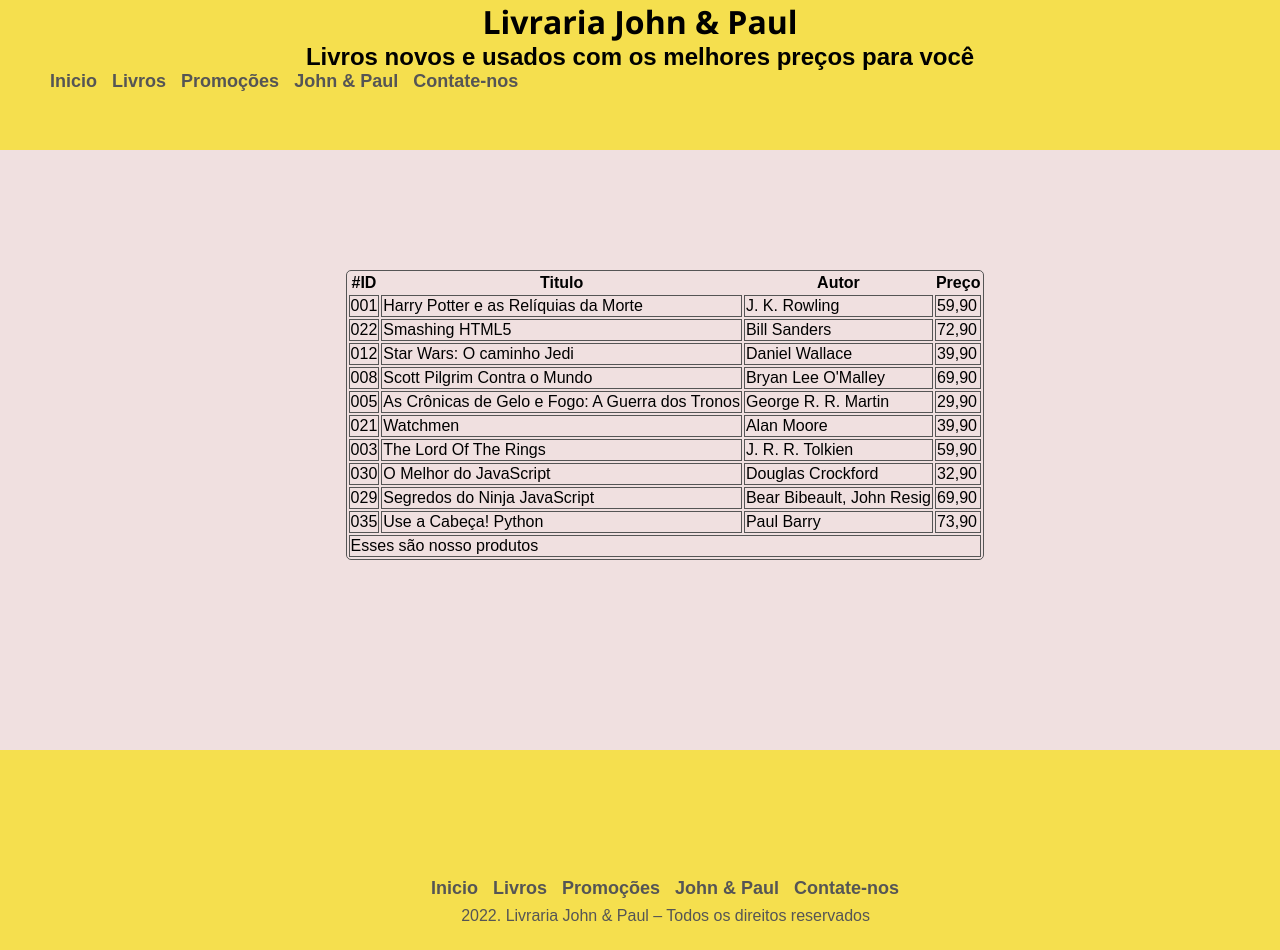
Repository: MarcoantonioCaldeira/Site-livraria-John-e-Paul
Page: produtos.html
The author's editor kept a copy of each file at every save. The page is drawn from the files as they stood at one save, then again after the next save.
The browser window is 1280 px wide. The pictures show the whole page.

Above is the page before, as saved 2022-09-25 23:34:24.

### produtos.html
<!doctype html>
<html dir="ltr" lang="pt-BR">
<head>
   <meta charset="utf-8">
   <meta name="viewport" content="width=device-width, initial-scale=1.0">

   <title>Meu Primeiro Projeto</title>
   <link rel="stylesheet" href="css/estilo.css">
</head>
<body>
<header id="topo">
   <h1 class="center"> Livraria John & Paul</h1>
   <h2 class="center">Livros novos e usados com os melhores preços para você</h2>

<nav id="menu">
   <ul>
      <li><a href="index.html">Inicio</a></li>
      <li><a href="produtos.html">Livros</a></li>
      <li><a href="#">Promoções</a></li>
      <li><a href="sobre.html">John & Paul</a></li>
      <li><a href="contato.html">Contate-nos</a></li>
   </ul>
</nav>
</header>
<section class="produtos">
   <table>
      <thead>
         <tr>
            <th>#ID</th>
            <th>Titulo</th>
            <th>Autor</th>
            <th>Preço</th>
         </tr>
      </thead>
      <tbody>
         <tr>
            <td>001</td>
            <td>Harry Potter e as Relíquias da Morte</td>
            <td>J. K. Rowling</td>
            <td>59,90</td>
         </tr>
         <tr>
            <td>022</td>
            <td>Smashing HTML5</td>
            <td>Bill Sanders</td>
            <td>72,90</td>
         </tr>
         <tr>
            <td>012</td>
            <td>Star Wars: O caminho Jedi</td>
            <td>Daniel Wallace</td>
            <td>39,90</td>
         </tr>
         <tr>
            <td>008</td>
            <td>Scott Pilgrim Contra o Mundo</td>
            <td>Bryan Lee O'Malley</td>
            <td>69,90</td>
         </tr>
         <tr>
            <td>005</td>
            <td>As Crônicas de Gelo e Fogo: A Guerra dos Tronos</td>
            <td>George R. R. Martin</td>
            <td>29,90</td>
         </tr>
         <tr>
            <td>021</td>
            <td>Watchmen</td>
            <td>Alan Moore</td>
            <td>39,90</td>
         </tr>
         <tr>
            <td>003</td>
            <td>The Lord Of The Rings</td>
            <td>J. R. R. Tolkien</td>
            <td>59,90</td>
         </tr>
         <tr>
            <td>030</td>
            <td>O Melhor do JavaScript</td>
            <td>Douglas Crockford</td>
            <td>32,90</td>
         </tr>
         <tr>
            <td>029</td>
            <td>Segredos do Ninja JavaScript</td>
            <td>Bear Bibeault, John Resig</td>
            <td>69,90</td>
         </tr>
         <tr>
            <td>035</td>
            <td>Use a Cabeça! Python</td>
            <td>Paul Barry</td>
            <td>73,90</td>
         </tr>
      </tbody>
      <tfoot>
         <tr>
            <td colspan="4">Esses são nosso produtos</td>
         </tr>
      </tfoot>
   </table>
</section>
<footer id="rodape">
   <ul class="ul_rodape">
      <li><a href="index.html">Inicio</a></li>
      <li><a href="produtos.html">Livros</a></li>
      <li><a href="#">Promoções</a></li>
      <li><a href="sobre.html">John & Paul</a></li>
      <li><a href="contato.html">Contate-nos</a></li>
   </ul>
   <p>2022. Livraria John & Paul – Todos os direitos reservados</p>
</footer>
</body>
</html>

### css/estilo.css
/* Import font from google */
@import url(http://fonts.googleapis.com/css?family=Open+Sans:400,300,700);

*{
   margin: 0;
}


body{
   background-color:  rgb(240, 224, 224);
   font-family: sans-serif;
   margin: 0;
   padding: 0;
}
h1,h3,h4,h5,h6{
   font-family: 'Open Sans', sans-serif;
}

.h2_destaque{
   margin-left: 45%;
   margin-top: 5%;
   color:#555;
   font-family: 'Open Sans', sans-serif;
}

#topo{
   background-color: #f5df4e;
   width: 100%;
   height:150px;
   margin:0 auto;
}

.destaques{
   background-color: rgb(240, 224, 224);
   width: 100%;
   height:1300px;
}

.topnav {
   overflow: hidden;
   margin-left: 27%;
   margin-top: 2%;
   background-color: #f5df4e;
 }

 .topnav a {
   float: left;
   display: block;
   color: #555;
   text-align: center;
   padding: 14px 16px;
   text-decoration: none;
   font-size: 17px;
 }

 .topnav a:hover {
   background-color: #ddd;
   color: black;
 }

 .topnav a.active {
   background-color:  #f5df4e;
   color: #555;
 }

 .topnav .icon {
   display: none;
 }





a{
   font-weight:600;
   text-decoration: none;
   margin-left: 10px;
   font-family: arial;
   color:#555;
}

#menu li{
   display:inline;
}
.destaques li{
   width: 50%;
   float: left;
   text-align: center;
   list-style: none;
   padding: 20px 0;
}

ul{
   font-size: 18px;
}


.ul_rodape{
   margin-top: 10%;
}

.destaques li strong{
   width: 100%;
   display: block;
}
.center{
   text-align: center;
}



button{
   padding: 10px 20px;
   background-color: blue;
   color: #fff;
   border: none;
   -webkit-border-radius: 5px;
   -moz-border-radius: 5px;
   border-radius: 5px;
}
#rodape{
   width: 100%;
   height: 200px;
   background-color:  #f5df4e;
   color: #ccc;
   float: left;
   text-align: center;
}

p{
   color: #555;
   line-height: 34px;
   margin-left: 4%;
}

li {
   display: inline;
}

/*Produtos*/

.produtos{

   height:600px;
}

table{
   position: relative;
   margin-left: 27%;
   top: 20%;
   background-color:rgb(240, 224, 224);
   border-radius: 5px;
   border: 1px solid #555;
}

tr, td{
   border: 1px solid #555;
}


/*Sobre*/


.sobre{
   width: 100%;
   height:1400px;
}

h4
{
   text-align: center;
}

.h1-sobre{
   margin-top: 6%;
   margin-left: 40%;
}

.section-info{
   position: relative;
   margin-left: 24%;
   margin-top: 4%;
   width: 50%;
   height:200px;
}


.h3-valores{
   margin-top: 6%;
   margin-left: 43%;
}

.section-valores{
   position: relative;
   margin-left: 24%;
   margin-top: 4%;
   width: 50%;
   height:200px;
}

.h3-valores-2{
   margin-top: 4%;
   margin-left: 47%;
}

.h3-missao{
   margin-top: 4%;
   margin-left: 47%;
}

.section-missao{
   position: relative;
   margin-left: 24%;
   margin-top: 4%;
   width: 50%;
   height:200px;
}


/*Contato*/

.section-contato{
   background-color:rgb(240, 224, 224);
   width: 100%;
   height: 730px;
}

.formulario{
   height:500px;
}


form fieldset{
   border: none;
}
form legend{
   text-transform: uppercase;
   font-size: 1.2em;
   padding: 0;
   width: 100%;
   border-bottom: 1px solid #555;
}
form label{
   width: 50%;
}

form input:not([type=checkbox]){
   width: 100%;
   padding: 7px;
   border-radius: 2px;
   border: 1px solid;
}

form select{
   width: 50%;
   border-radius: 2px;
   margin-top: 10%;
   padding: 7px;
   border: 1px solid;
}

form textarea{
   width: 100%;
   font-family: arial;
   border-radius: 2px;
   border: 1px solid;
}
form div{
   width: 30%;
   margin: 0 1%;
   margin-top: -18%;
   height: 150px;
}

#news{
   margin-top:6%;
   margin-left: 20px;
}




@media  screen and (max-width: 730px){

   .destaques{
      height:1150px;
   }

   h2.center, h1.center{
      font-size: 19px;
   }

   /*#menu{
      width:80%;
      overflow: hidden;
      background-color:red;
      text-align: center;
      margin-top: 5%;
      margin-left: 7%;
      height:50px;
   }*/


/*Menu responsivo*/

.topnav a:not(:first-child) {display: none;}
  .topnav a.icon {
    float: right;
    display: block;
  }


   a{
      font-size: 80%;
   }

   img{
      width:130px;
      height:200px;
   }

   h2.h2_destaque{
      margin-left: 40%;
   }

   .ul_rodape{
      margin-top: 25%;
      color: red;
   }

   p{
      color: black;
      margin-top: 1%;
      margin-left: 10%;
   }


   /*Pagina Sobre*/

   h4{
      font-size: 80%;
   }

   .h1-sobre{
      margin-left: 27%;
   }

   .h3-valores{
      margin-left: 36%;
   }

   .h3-valores-2{
      margin-left: 45%;
   }

   .h3-missao{
      margin-left: 45%;
   }

   .section-info{
      height:330px;
      margin-left: 26%;
   }

   .section-valores{
      height:220px;
      margin-left: 26%;
   }

   .section-missao{
      height:330px;
      margin-left: 29%;
   }

   /*Contato*/

   form div{
      width: 60%;
      margin: 0 1%;
      margin-top: -50%;
      height: 150px;
   }

   form textarea{
      width: 100%;
      font-family: arial;
      border-radius: 2px;
      border: 1px solid;
   }

   button{
      padding: 10px 20px;
      margin-left: 4%;
      margin-top: 7%;
      background-color: blue;
      color: #fff;
      border: none;
      -webkit-border-radius: 5px;
      -moz-border-radius: 5px;
      border-radius: 5px;
   }

   form select{
      width: 50%;
      border-radius: 2px;
      margin-top: 10%;
      padding: 7px;
      border: 1px solid;
   }

   /*Produtos*/

   table{
      margin-left: 2%;
   }

   .ul_rodape{
      margin-top: 22%;
   }

   p{
      margin-top: 1%;
   }
}

@media  screen and (max-width: 730px){

.topnav.responsive {position: relative;}
.topnav.responsive .icon {
  position: absolute;
  right: 0;
  top: 0;
}
.topnav.responsive a {
  float: none;
  display: block;
  text-align: left;
}

}

After the next save:
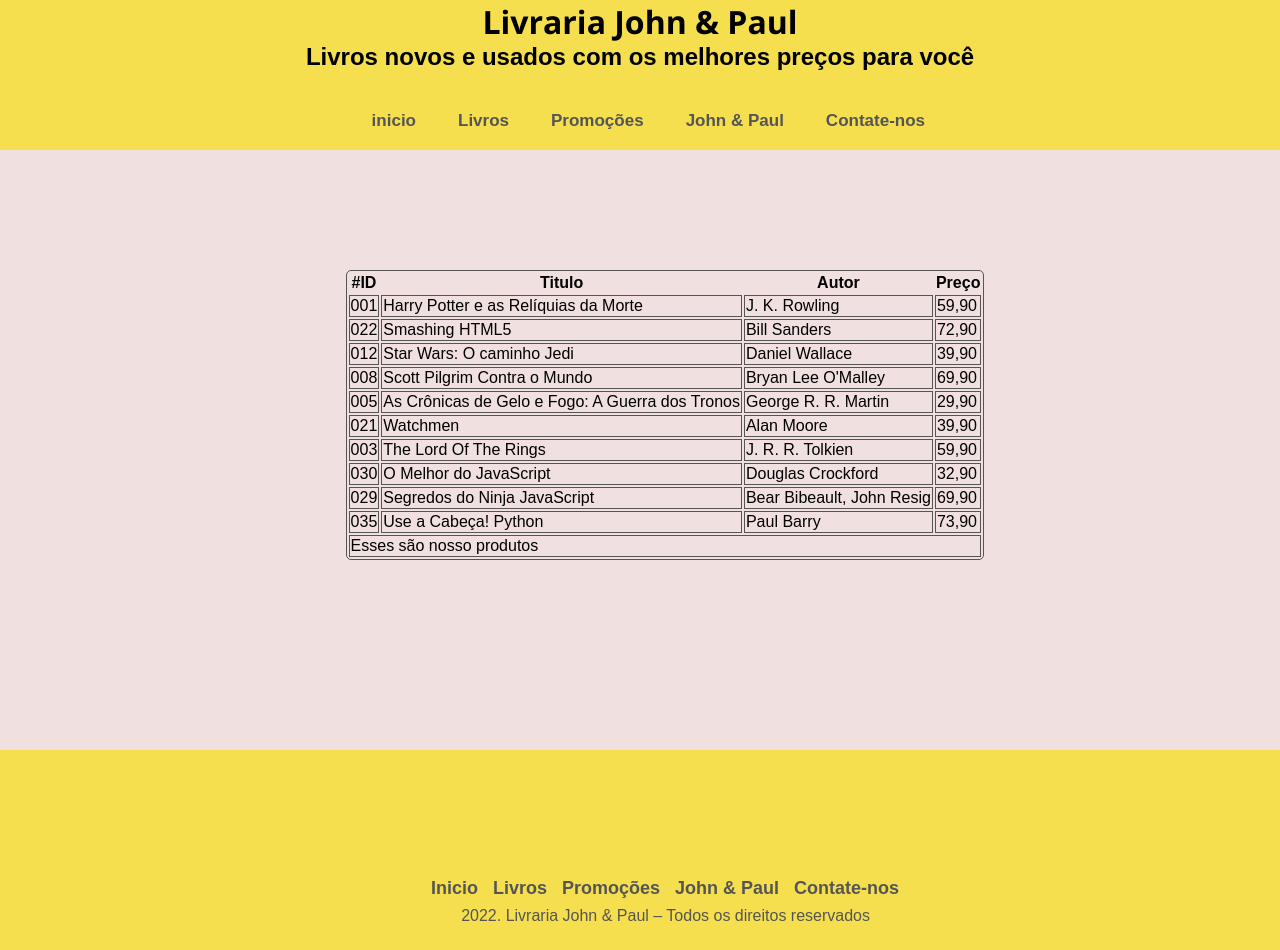
Saved 5 s later.
--- a/produtos.html
+++ b/produtos.html
@@ -12,14 +12,17 @@
    <h1 class="center"> Livraria John & Paul</h1>
    <h2 class="center">Livros novos e usados com os melhores preços para você</h2>
 
-<nav id="menu">
-   <ul>
-      <li><a href="index.html">Inicio</a></li>
-      <li><a href="produtos.html">Livros</a></li>
-      <li><a href="#">Promoções</a></li>
-      <li><a href="sobre.html">John & Paul</a></li>
-      <li><a href="contato.html">Contate-nos</a></li>
-   </ul>
+   <div class="topnav" id="myTopnav">
+      <a href="index.html" class="active">inicio</a>
+      <a href="produtos.html">Livros</a>
+      <a href="">Promoções</a>
+      <a href="sobre.html">John & Paul</a>
+      <a href="contato.html">Contate-nos</a>
+
+      <a href="javascript:void(0);" class="icon" onclick="myFunction()">
+        <i class="fa fa-bars"></i>
+      </a>
+    </div>
 </nav>
 </header>
 <section class="produtos">
